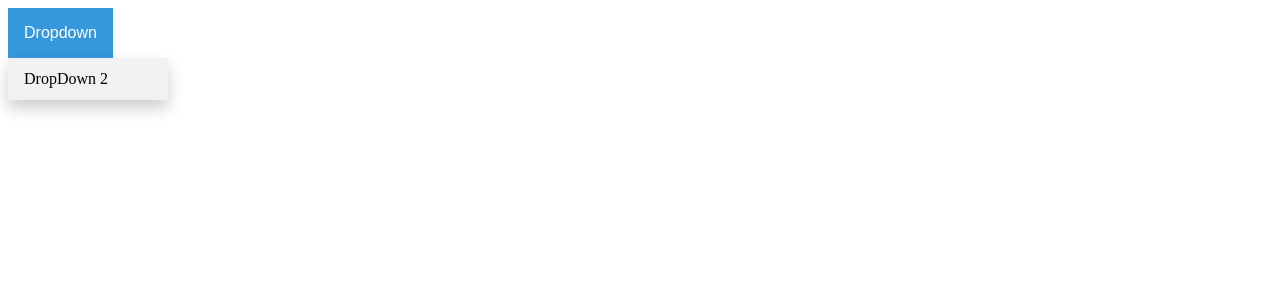
Repository: sabadia/task
Page: dropDown.html
An editor plug-in stored every save of this project. The page is shown before and after the next save, followed by the edit.
The browser window is 1280 px wide. The pictures show the whole page.
After loading, the first visible `button.dropbtn` was clicked once.

Above is the page before, as saved 2020-04-26 15:28:47.

### dropDown.html
<!DOCTYPE html>
<html>
<head>
<style>
.dropbtn {
  background-color: #3498DB;
  color: white;
  padding: 16px;
  font-size: 16px;
  border: none;
  cursor: pointer;
}



.dropdown {
  position: relative;
  display: inline-block;
}

.dropdown-content {
  display: none;
  position: absolute;
  background-color: #f1f1f1;
  min-width: 160px;
  overflow: auto;
  box-shadow: 0px 8px 16px 0px rgba(0,0,0,0.2);
  z-index: 1;
}

.dropdown-content a {
  color: black;
  padding: 12px 16px;
  text-decoration: none;
  display: block;
}

.dropdown a:hover {background-color: #ddd;}

.show {display: block;}
</style>
</head>
<body>

<div class="dropdown">
  <button onclick="myFunction('')" class="dropbtn">Dropdown</button>
  <div id="myDropdown" class="dropdown-content">
    <a href="#about" onClick="myFunction()">DropDown 2</a>

  </div>
</div>

<script>

function myFunction() {
  document.getElementById("myDropdown").classList.toggle("show");
}


window.onclick = function(event) {
  if (!event.target.matches('.dropbtn')) {
    var dropdowns = document.getElementsByClassName("dropdown-content");
    var i;
    for (i = 0; i < dropdowns.length; i++) {
        var openDropdown = dropdowns[i];
        if (openDropdown.classList.contains('show')) {
        openDropdown.classList.remove('show');
        }
    }
  }
}
</script>

</body>
</html>

After the next save:
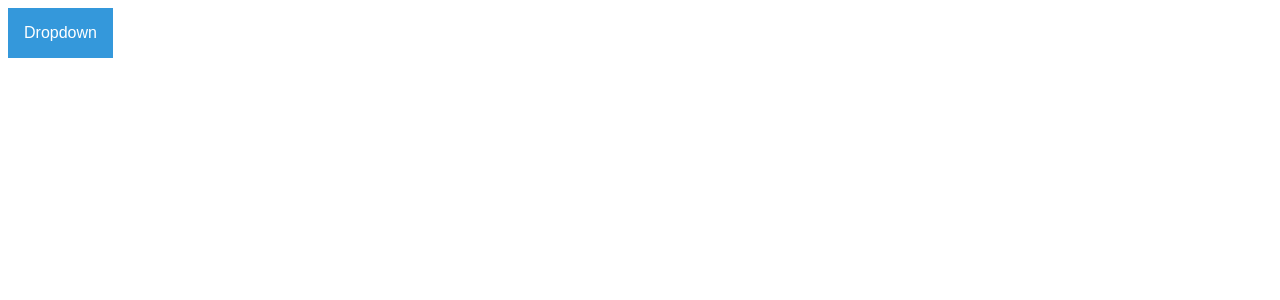
Console error: TypeError: Cannot read properties of null (reading 'classList')
Saved 7 s later.
--- a/dropDown.html
+++ b/dropDown.html
@@ -53,7 +53,7 @@
 <script>
 
 function myFunction() {
-  document.getElementById("myDropdown").classList.toggle("show");
+  document.getElementById("").classList.toggle("show");
 }
 
 

After the 3 saves that followed:
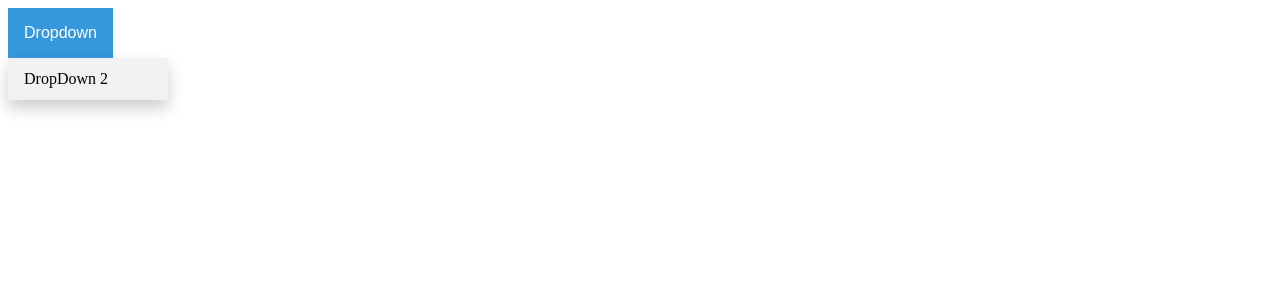
The error is gone.
The 3 saves are shown as one change because 1 left the picture as it was and some came seconds apart.
The last was saved 12 s later.
--- a/dropDown.html
+++ b/dropDown.html
@@ -43,7 +43,7 @@
 <body>
 
 <div class="dropdown">
-  <button onclick="myFunction('')" class="dropbtn">Dropdown</button>
+  <button onclick="myFunction('myDropdown')" class="dropbtn">Dropdown</button>
   <div id="myDropdown" class="dropdown-content">
     <a href="#about" onClick="myFunction()">DropDown 2</a>
 
@@ -52,8 +52,8 @@
 
 <script>
 
-function myFunction() {
-  document.getElementById("").classList.toggle("show");
+function myFunction(a) {
+  document.getElementById(a).classList.toggle("show");
 }
 
 
